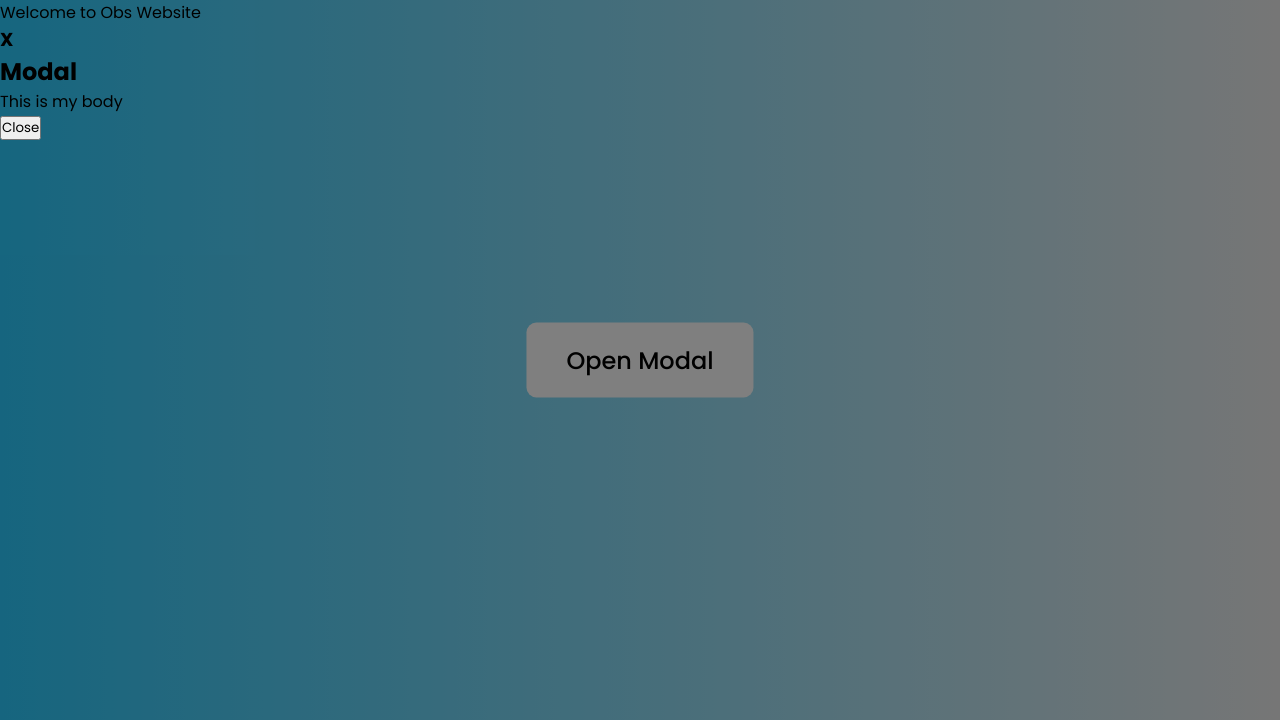
Repository: lausamtuong/Modal_card
Page: index.html
The author's editor kept a copy of each file at every save. The page is drawn from the files as they stood at one save, then again after the next save.
The browser window is 1280 px wide. The pictures show the whole page.
The style sheet was rebuilt from its Sass, Less or Tailwind sources for each picture, by a compiler version that may differ from the author's.

Above is the page before, as saved 2021-12-15 06:47:49.

After the next save:
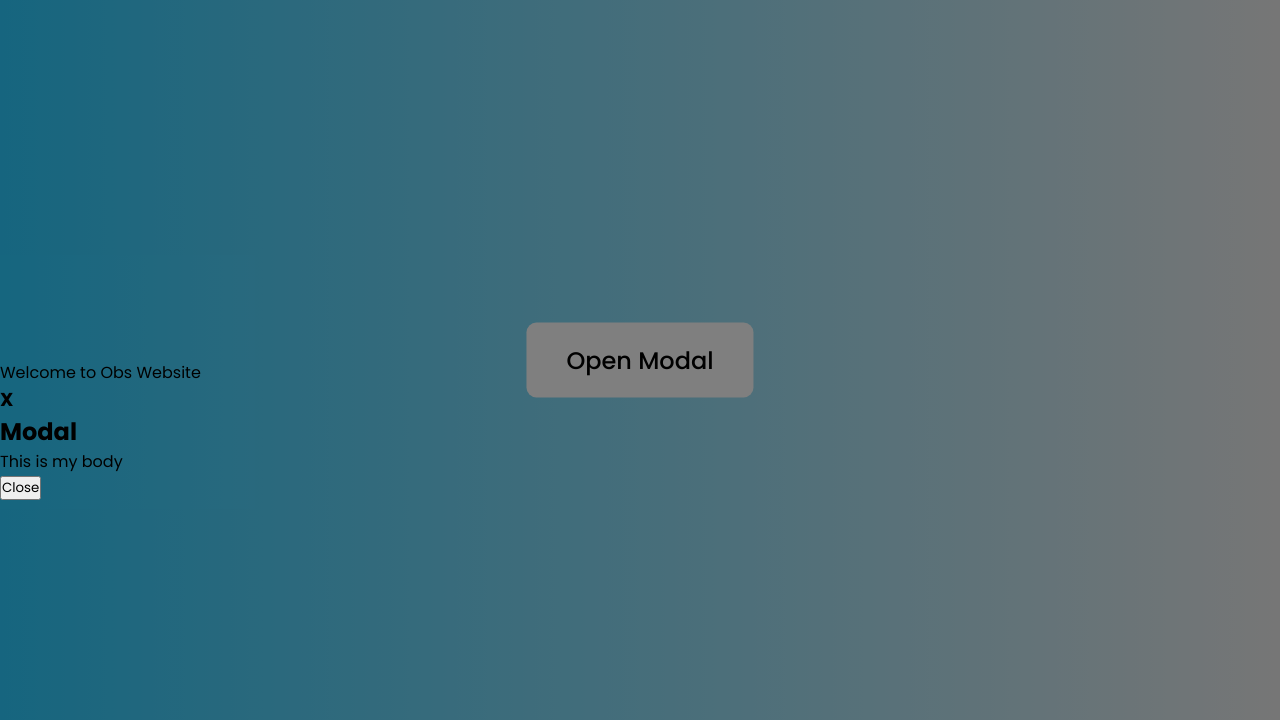
Saved 8 s later.
--- a/style.scss
+++ b/style.scss
@@ -35,7 +35,7 @@ body{
     left:0;
     &__inner{
         position:relative;
-        top:50;
+        top:50%;
         margin:0 auto;
     }
 }
